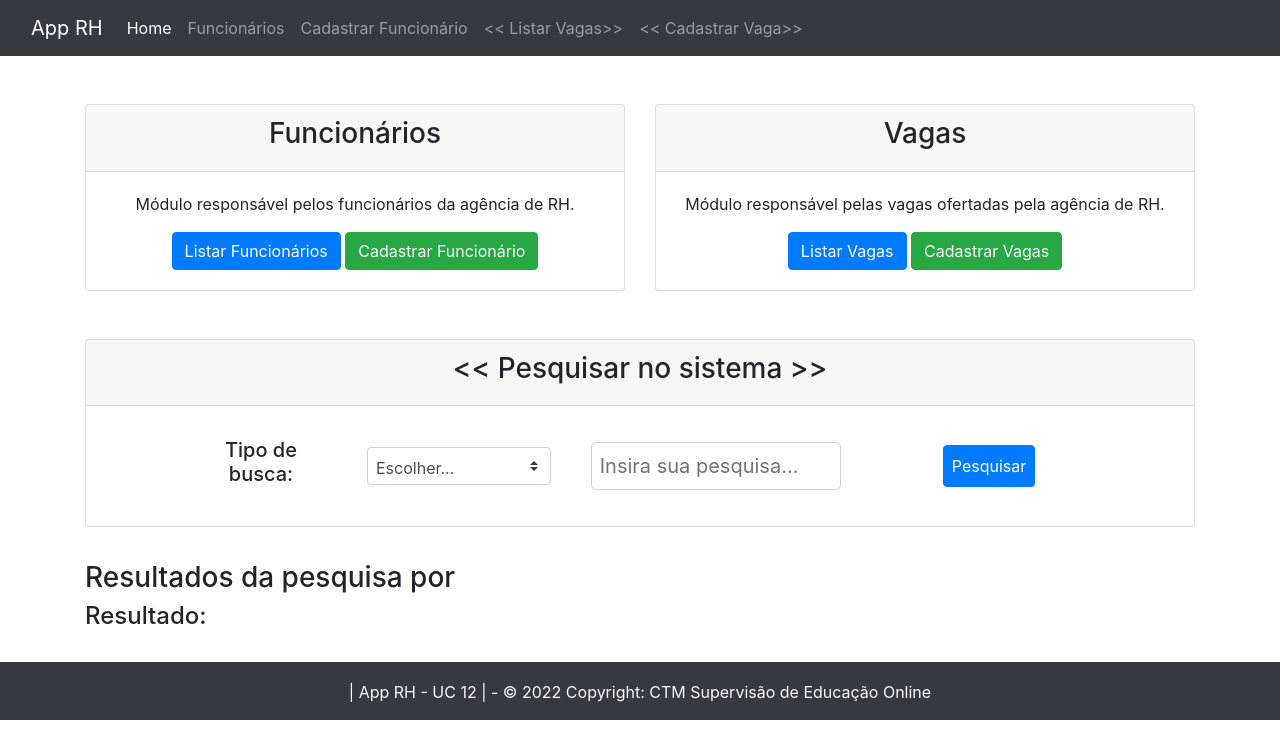
Repository: FilosoDev/SPRING-BOOT-testes
Page: http://localhost/index
These files come from the project's save history. The page is drawn as it stood at one moment and after the next save; the edit follows.
The browser window is 1280 px wide. The pictures show the whole page.
The page is this project's Thymeleaf template; nobody is signed in. The template is opened directly, without the code that normally fills it, so the values that code supplies are empty.

Above is the page before, as saved 2021-11-23 18:00:33.
Console error: TypeError: Cannot read properties of undefined (reading 'fn')

### AppRH/AppRH/src/main/resources/templates/index.html
<!DOCTYPE html>
<html lang=”pt-br” xmlns:th="http://thymeleaf.org"
	xmlns:layout="http://www.ultraq.net.nz/thymeleaf/layout">

<head>

<meta charset="utf-8">
<meta http-equiv="X-UA-Compatible" content="IE=edge">
<meta name="viewport" content="width=device-width, initial-scale=1">

<title>| App RH - UC 12 |</title>

<!-- Bootstrap -->
<link href="bootstrap/css/bootstrap.min.css" rel="stylesheet">

<!-- HTML5 shim e Respond.js para suporte no IE8 de elementos HTML5 e media queries -->
<!-- ALERTA: Respond.js não funciona se você visualizar uma página file:// -->
<!--[if lt IE 9]>
      <script src="https://oss.maxcdn.com/html5shiv/3.7.3/html5shiv.min.js"></script>
      <script src="https://oss.maxcdn.com/respond/1.4.2/respond.min.js"></script>
    <![endif]-->

</head>

<body>

	<header>

		<nav class="navbar navbar-expand-lg navbar-dark bg-dark">
			<div class="container-fluid">
				<a class="navbar-brand" href="/">App RH</a>
				<button class="navbar-toggler" type="button"
					data-bs-toggle="collapse" data-bs-target="#navbarNav"
					aria-controls="navbarNav" aria-expanded="false"
					aria-label="Toggle navigation">
					<span class="navbar-toggler-icon"></span>
				</button>
				<div class="collapse navbar-collapse" id="navbarNav">
					<ul class="navbar-nav">
						<li class="nav-item"><a class="nav-link active"
							aria-current="page" href="/">Home</a></li>
						<li class="nav-item"><a class="nav-link" href="/funcionarios">Funcionários</a></li>
						<li class="nav-item"><a class="nav-link"
							href="/cadastrarFuncionario">Cadastrar Funcionário</a></li>
						<li class="nav-item"><a class="nav-link" href="/vagas">
								<< Listar Vagas>> </a></li>
						<li class="nav-item"><a class="nav-link"
							href="/cadastrarVaga"> << Cadastrar Vaga>> </a></li>
					</ul>
				</div>
			</div>
		</nav>

	</header>

	<div class="container">
		<br> <br>

		<div class="row">
			<div class="col">
				<div class="card text-center">
					<div class="card-header card-title">
						<h3>Funcionários</h3>
					</div>
					<div class="card-body">

						<p class="card-text">Módulo responsável pelos funcionários da
							agência de RH.</p>
						<a href="/funcionarios" class="btn btn-primary">Listar
							Funcionários</a> <a href="/cadastrarFuncionario"
							class="btn btn-success">Cadastrar Funcionário</a>
					</div>
				</div>
			</div>
			<div class="col">
				<div class="card text-center">
					<div class="card-header  card-title">
						<h3>Vagas</h3>
					</div>
					<div class="card-body">
						<p class="card-text">Módulo responsável pelas vagas ofertadas
							pela agência de RH.</p>
						<a href="/vagas" class="btn btn-primary">Listar Vagas</a> <a
							href="/cadastrarVaga" class="btn btn-success">Cadastrar Vagas</a>
					</div>
				</div>
			</div>


		</div>
		<div class="row">
			<div class="col">
				<br> <br>
				<div class="card text-center card w-100">
					<div class="card-header">
						<h3><< Pesquisar no sistema >></h3>
					</div>



					<form class="form-inline" method="post">


						<div class="row form-group justify-content-center w-100 p-2">


							<div class="col col-14 col-md-2">

								<label for="cars" class="my-3 p-2"><h5>Tipo de
										busca:</h5></label>
							</div>

							<div class="col col-14 col-md-2">


								<select name="busca" id="busca" class="custom-select my-3 p-2">
									<option selected>Escolher...</option>
									<option value="nomefuncionario">Nome do Funcionário</option>
									<option value="nomedependente">Nome do Dependente</option>
									<option value="nomecandidato">Nome do Candidato</option>
									<option value="titulovaga">Nome da Vaga</option>
								</select>


						</div>

							<div class="col col-14 col-md-4">

								<input
									class="form-control form-control-lg my-3 p-2 w-75"
									type="search" placeholder="Insira sua pesquisa..."
									aria-label="Pesquisar" name="nome">

							</div>

							<div class="col col-14 col-md-2">

								<button class="btn btn-primary my-3 p-2" type="submit">Pesquisar</button>

							</div>
						</div>

					</form>
				</div>
			</div>
			<br>
			<div class="container">
				<h3>
				<br>
					Resultados da pesquisa por <i> <span th:text="${busca}"></span>
					</i>
				</h3>
				<h4>
					Resultado: <span th:text="${contador}"></span>
				</h4>

				<div th:each="lstdependente : ${lista}">
					<span th:text="${lstdependente.nome}"></span> <br>

				</div>


				<div th:each="funcionario : ${funcionario}">
					<div class="row">
						<p>
							<span th:text="${funcionario.id}"></span>
						</p>
						<p>
							<span th:text="${funcionario.nome}"></span>
						</p>
						<p>
							<span th:text="${funcionario.data}"></span>
						</p>
						<p>
							<span th:text="${funcionario.email}"></span>
						</p>
					</div>
				</div>

				<div th:each="dependente : ${dependentes}">
					<span th:text="${dependente.cpf}"></span> <span
						th:text="${dependente.nome}"></span> <span
						th:text="${dependente.datanascimento}"></span> <br>
				</div>



			</div>



		</div>





		<div style="height: 100px;"></div>

		<div class="footer-copyright fixed-bottom bg-dark text-center py-3">
			<span class="text-light align-middle">| App RH - UC 12 | - ©
				2022 Copyright: CTM Supervisão de Educação Online</span>
		</div>

		<!--JavaScript bootstrap-->
		<script type="text/javascript" src="bootstrap/js/bootstrap.js"></script>
		<script
			src="https://cdn.jsdelivr.net/npm/bootstrap@5.1.3/dist/js/bootstrap.bundle.min.js"
			integrity="sha384-ka7Sk0Gln4gmtz2MlQnikT1wXgYsOg+OMhuP+IlRH9sENBO0LRn5q+8nbTov4+1p"
			crossorigin="anonymous">
	</script>
</body>

</html>

Loaded but not shown: AppRH/AppRH/src/main/resources/static/bootstrap/css/bootstrap.min.css (library); AppRH/AppRH/src/main/resources/static/bootstrap/js/bootstrap.js (library)

After the next save:
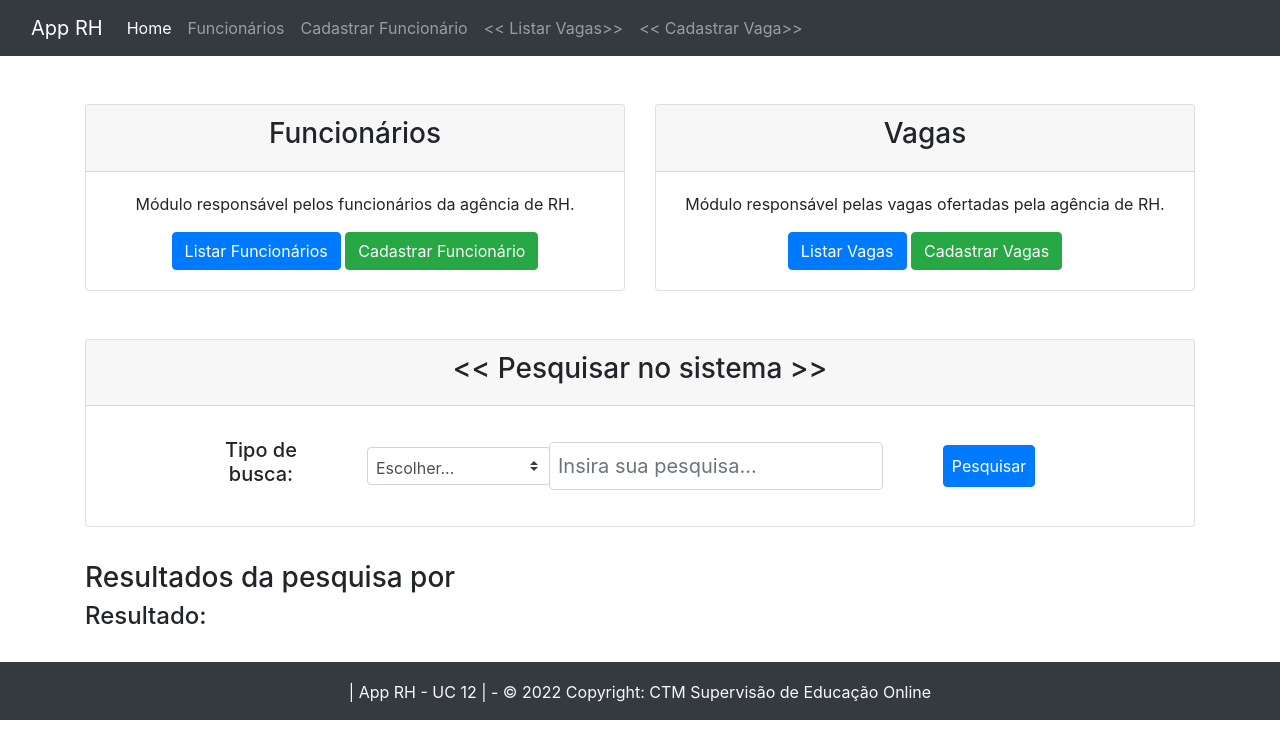
Saved 6 s later.
--- a/AppRH/AppRH/src/main/resources/templates/index.html
+++ b/AppRH/AppRH/src/main/resources/templates/index.html
@@ -127,7 +127,7 @@
 							<div class="col col-14 col-md-4">
 
 								<input
-									class="form-control form-control-lg my-3 p-2 w-75"
+									class="form-control form-control-lg my-3 p-2 w-100"
 									type="search" placeholder="Insira sua pesquisa..."
 									aria-label="Pesquisar" name="nome">
 
